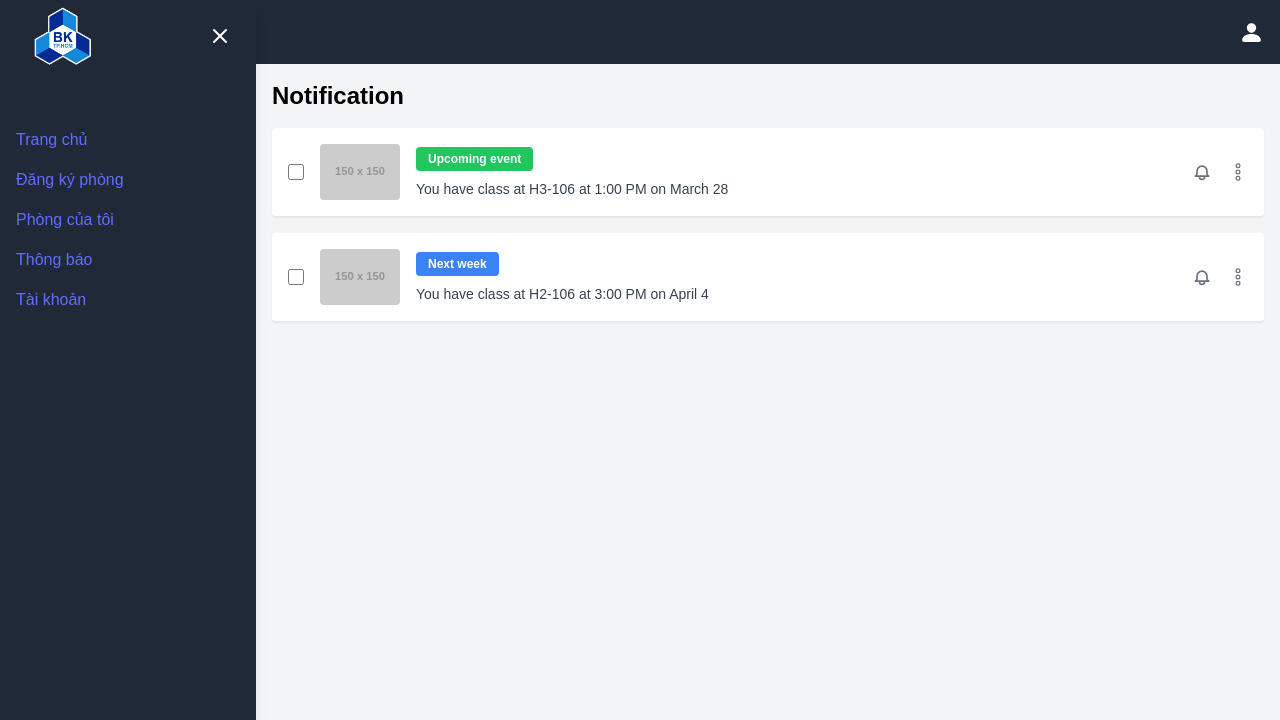
Repository: CNPM-S3MRS/frontend-web
Page: /notification
These files come from the project's save history. The page is drawn as it stood at one moment and after a run of saves; the edit follows.
The browser window is 1280 px wide. The pictures show the whole page.
The project was rebuilt for these pictures with package versions that can differ from the ones it lists, and the page was loaded fresh each time. Also part of the build but not shown: vite.config.js, src/pages/auth/Login.jsx.

Above is the page before, as saved 2025-04-09 02:58:58.

After the next 3 saves:
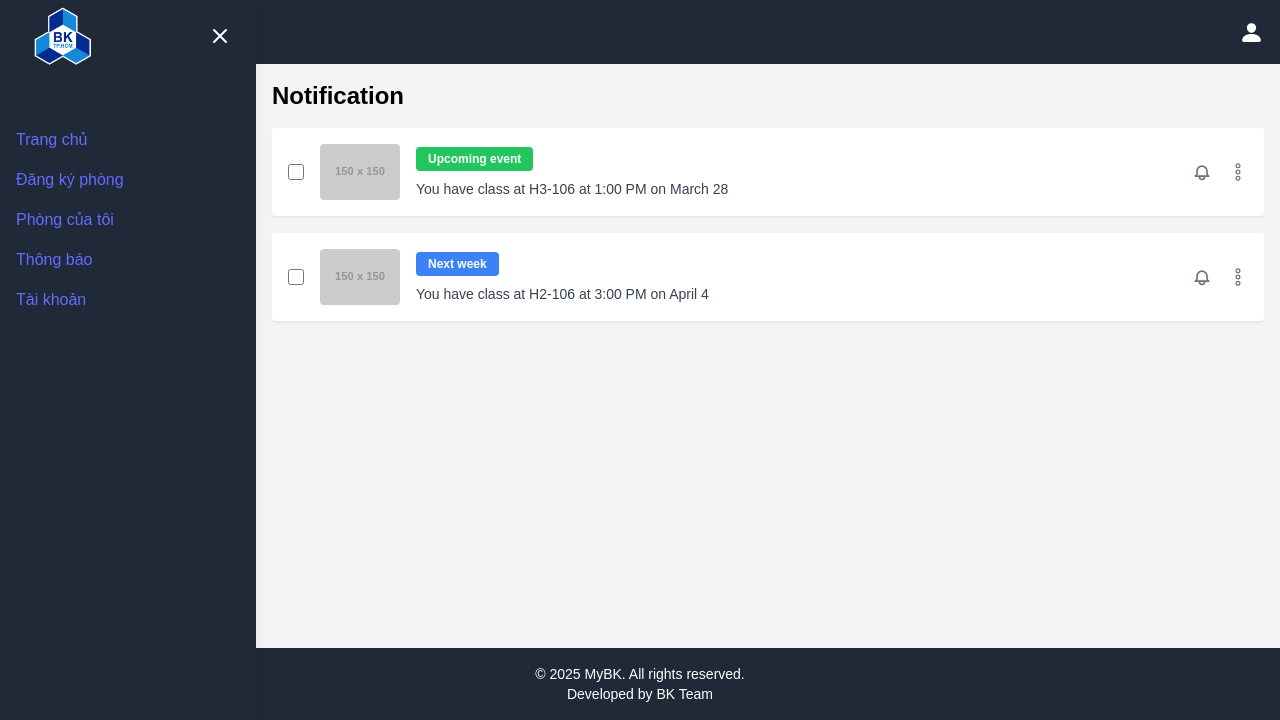
The 3 saves are shown as one change because they came seconds apart.
The last was saved 25 s later.
--- a/src/pages/notification/notification.jsx
+++ b/src/pages/notification/notification.jsx
@@ -39,6 +39,8 @@
           />
         </div>
       </div>
+      {/* Footer */}
+      <Footer />
     </div>
   );
 };
